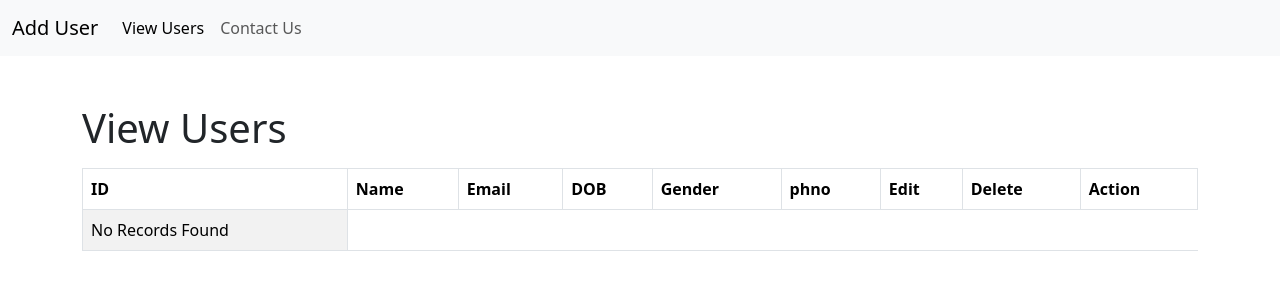
Repository: Parvezi9ahmad/01-MIniProject
Page: http://localhost/view-users
An editor plug-in stored every save of this project. The page is shown before and after the next save, followed by the edit.
The browser window is 1280 px wide. The pictures show the whole page.
The page is this project's Thymeleaf template; nobody is signed in. The template is opened directly, without the code that normally fills it, so the values that code supplies are empty.

Above is the page before, as saved 2023-12-20 10:58:29.

### 01-Mini-Project-User-Mgmt-App/src/main/resources/templates/view-users.html
<!doctype html>
<html lang="en" xmlns:th="https://www.thymeleaf.org">

<head>
	<meta charset="utf-8">
	<meta name="viewport" content="width=device-width, initial-scale=1">
	<title>Bootstrap demo</title>
	<link href="https://cdn.jsdelivr.net/npm/bootstrap@5.3.2/dist/css/bootstrap.min.css" rel="stylesheet"
		integrity="sha384-T3c6CoIi6uLrA9TneNEoa7RxnatzjcDSCmG1MXxSR1GAsXEV/Dwwykc2MPK8M2HN" crossorigin="anonymous">
</head>

<body>
	<nav class="navbar navbar-expand-lg bg-body-tertiary">
		<div class="container-fluid">
			<a class="navbar-brand" href="/">Add User</a>
			<button class="navbar-toggler" type="button" data-bs-toggle="collapse" data-bs-target="#navbarNav"
				aria-controls="navbarNav" aria-expanded="false" aria-label="Toggle navigation">
				<span class="navbar-toggler-icon"></span>
			</button>
			<div class="collapse navbar-collapse" id="navbarNav">
				<ul class="navbar-nav">
					<li class="nav-item">
						<a class="nav-link active" aria-current="page" href="/users">View Users</a>
					</li>
					<li class="nav-item">
						<a class="nav-link" href="#">Contact Us</a>
					</li>

				</ul>
			</div>
		</div>
	</nav>
	<div class="container mt-5">
		<h1>View Users</h1>
		<p th:text="${msg}" class="text-success"></p>
		<table class="table table-bordered table-striped">
			<thead>
				<tr>
					<th>ID</th>
					<th>Name</th>
					<th>Email</th>
					<th>DOB</th>
					<th>Gender</th>
					<th>phno</th>
					<th>Edit</th>
					<th>Delete</th>
					<th>Action</th>
				</tr>
			</thead>
			<tbody>
				<tr th:each="user: ${users}">
					<td th:text="${user.userId}"></td>
					<td th:text="${user.fullName}"></td>
					<td th:text="${user.email}"></td>
					<td th:text="${user.dob}"></td>
					<td th:text="${user.gender}"></td>
					<td th:text="${user.phno}"></td>
					<td><a th:href="@{/edit?(id=${user.userId})}" class="btn btn-primary">Edit</a></td>
					<td><a th:href="@{/delete?(id=${user.userId})}" class="btn btn-danger">Delete</a></td>

					<span th:switch="${user.activeSw}">
						<i th:case="Y" class="fas fa-check red-text">
							<td><a th:href="@{/update?(id=${user.userId},status=N)}"
									class="btn btn-danger">De-Activate</a></td>
						</i>
						<i th:case="N" class="fas fa-times orange-text">
							<td><a th:href="@{/update?(id=${user.userId},status=Y)}"
									class="btn btn-success">Activate</a></td>
						</i>

					</span>
					<div th:if="${users==null or users.isEmpty()}"></div>
				</tr>
				<td>No Records Found</td>
				</tr>
			</tbody>
		</table>

		</form>
	</div>
	<script src="https://cdn.jsdelivr.net/npm/bootstrap@5.3.2/dist/js/bootstrap.bundle.min.js"
		integrity="sha384-C6RzsynM9kWDrMNeT87bh95OGNyZPhcTNXj1NW7RuBCsyN/o0jlpcV8Qyq46cDfL"
		crossorigin="anonymous"></script>
</body>

</html>

After the next save:
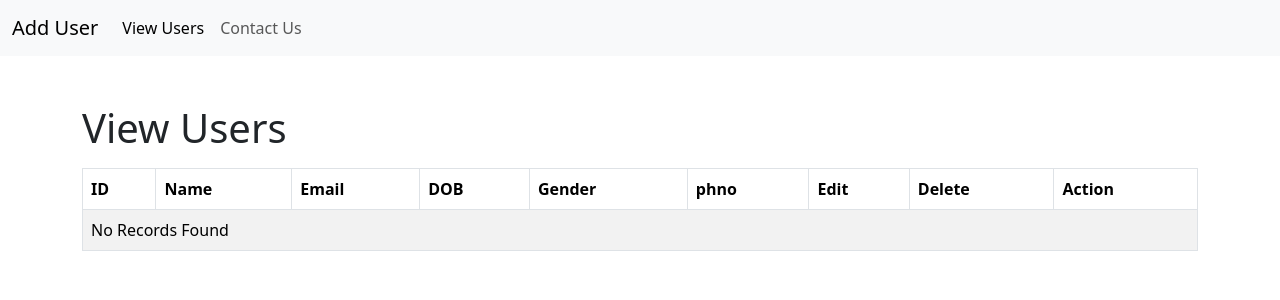
Saved 59 s later.
--- a/01-Mini-Project-User-Mgmt-App/src/main/resources/templates/view-users.html
+++ b/01-Mini-Project-User-Mgmt-App/src/main/resources/templates/view-users.html
@@ -71,7 +71,7 @@
 					</span>
 					<div th:if="${users==null or users.isEmpty()}"></div>
 				</tr>
-				<td>No Records Found</td>
+				<td colspan="9">No Records Found</td>
 				</tr>
 			</tbody>
 		</table>
